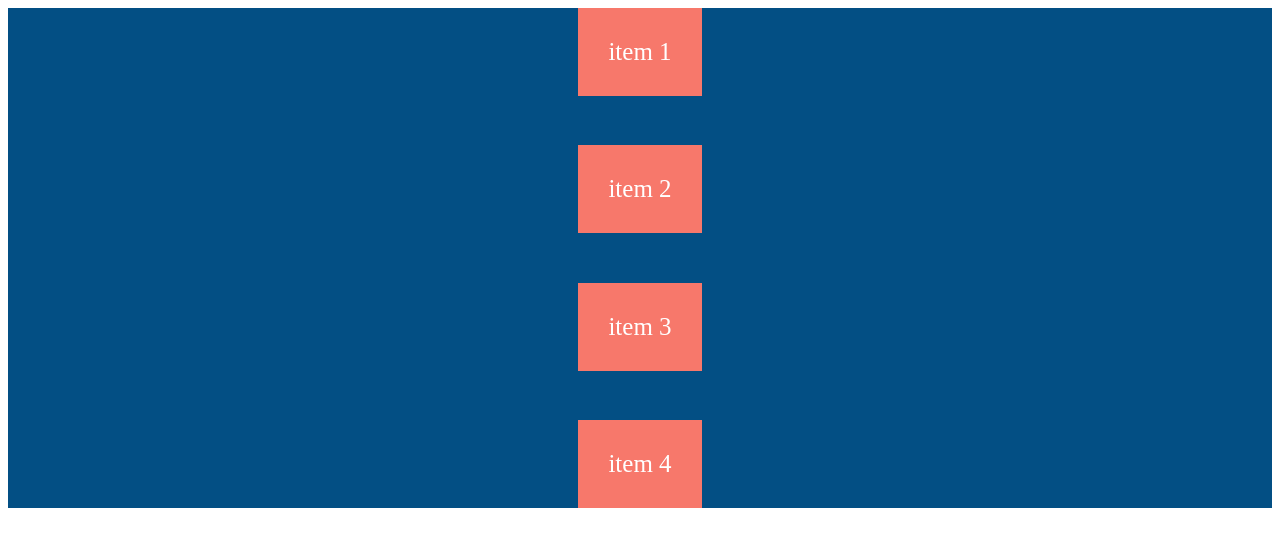
Repository: mehmetbuber38/flex
Page: flex-item-alignments.html
An editor plug-in stored every save of this project. The page is shown before and after the next save, followed by the edit.
The browser window is 1280 px wide. The pictures show the whole page.

Above is the page before, as saved 2022-01-31 20:15:31.

### flex-item-alignments.html
<!DOCTYPE html>
<html lang="en">

<head>
    <meta charset="UTF-8">
    <meta http-equiv="X-UA-Compatible" content="IE=edge">
    <meta name="viewport" content="width=device-width, initial-scale=1.0">
    <title>Flex Container</title>
</head>
<style>
    .container {
        display: flex;
        flex-direction: column;

        /* justify-content: center;   Yatayda sıralar ve ortaya hizalar. */
        /* justify-content: flex-start; Sayfanın en başına alır. */
        /* justify-content: flex-end; Sayfanın en sonuna gelir. */
        /* justify-content: space-around;  Aralarında 1 ve 2 x birim boşluk bırakır. */
        /* justify-content: space-between; Sağ yada soldan boşluk bırakılmaz elemanlar arası eşit boşluk bırakılır. */
        /* justify-content: space-evenly; Sağ yada soldan ortak birim olarak boşluk bırakılır. */
        /* ________________________________________________________________________________________________________________ */

        /* align-items: stretch; Varsayılan olarak gelir. */
        /* align-items: flex-start; İçerik kadar alan kaplar */
        /* align-items: flex-end; İçerik en altta başlar. */
        /* align-items: center; Dikeyde tam ortada durur. */

        align-items: center;
        justify-content: space-between;


        height: 500px;
        background-color: #034f84;
        /* padding: 15px; */
    }

    .item {
        background-color: #f7786b;
        padding: 30px;
        /* margin: 20px; */
        color: #fff;
        font-size: 25px;
    }
</style>

<body>
    <div class="container">
        <div class="item">item 1</div>
        <div class="item">item 2</div>
        <div class="item">item 3</div>
        <div class="item">item 4</div>

    </div>

</body>

</html>

After the next save:
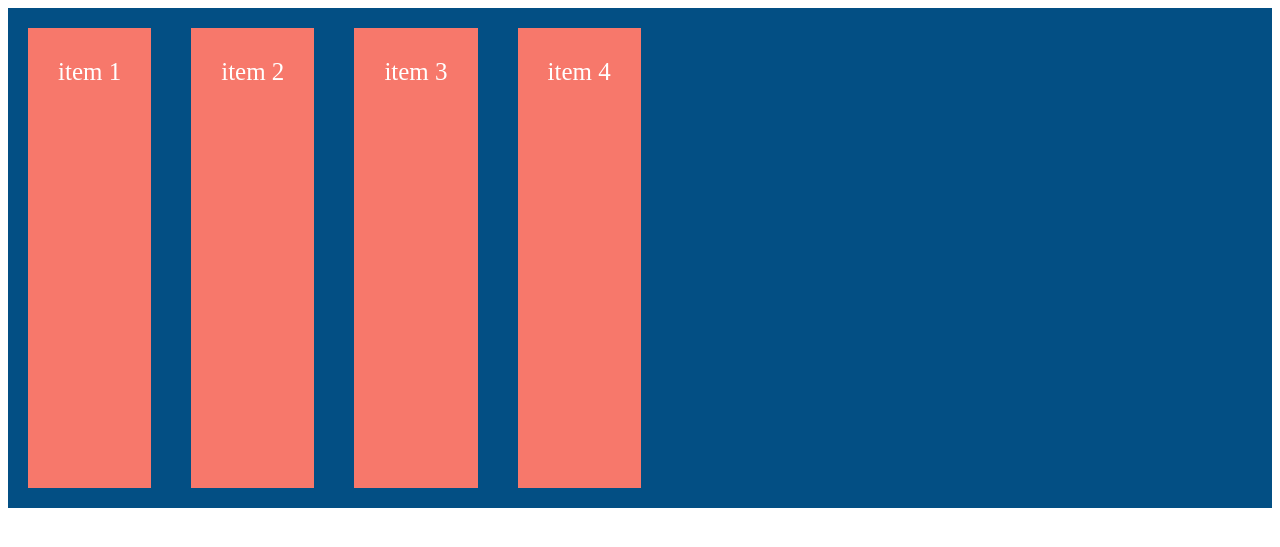
Saved 2 min 2 s later.
--- a/flex-item-alignments.html
+++ b/flex-item-alignments.html
@@ -10,34 +10,15 @@
 <style>
     .container {
         display: flex;
-        flex-direction: column;
-
-        /* justify-content: center;   Yatayda sıralar ve ortaya hizalar. */
-        /* justify-content: flex-start; Sayfanın en başına alır. */
-        /* justify-content: flex-end; Sayfanın en sonuna gelir. */
-        /* justify-content: space-around;  Aralarında 1 ve 2 x birim boşluk bırakır. */
-        /* justify-content: space-between; Sağ yada soldan boşluk bırakılmaz elemanlar arası eşit boşluk bırakılır. */
-        /* justify-content: space-evenly; Sağ yada soldan ortak birim olarak boşluk bırakılır. */
-        /* ________________________________________________________________________________________________________________ */
-
-        /* align-items: stretch; Varsayılan olarak gelir. */
-        /* align-items: flex-start; İçerik kadar alan kaplar */
-        /* align-items: flex-end; İçerik en altta başlar. */
-        /* align-items: center; Dikeyde tam ortada durur. */
-
-        align-items: center;
-        justify-content: space-between;
-
-
         height: 500px;
         background-color: #034f84;
-        /* padding: 15px; */
+
     }
 
     .item {
         background-color: #f7786b;
         padding: 30px;
-        /* margin: 20px; */
+        margin: 20px;
         color: #fff;
         font-size: 25px;
     }
